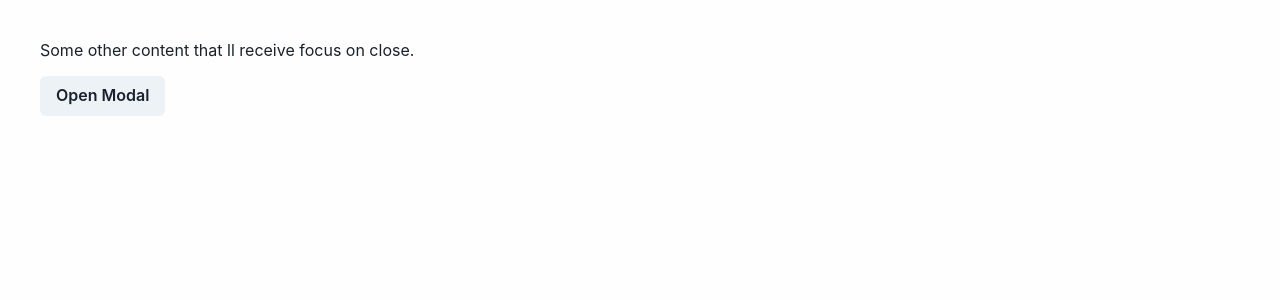
Repository: jorgelucasjs/chakra-ui-doc
Page: /
An editor plug-in stored every save of this project. The page is shown before and after the next save, followed by the edit.
The browser window is 1280 px wide. The pictures show the whole page.
The project was rebuilt for these pictures with package versions that can differ from the ones it lists, and the page was loaded fresh each time.

Above is the page before, as saved 2023-01-05 13:13:58.

### public/index.html
<!DOCTYPE html>
<html lang="en">
  <head>
    <meta charset="utf-8" />
   <!--  <link rel="icon" href="%PUBLIC_URL%/logo.jpg" /> -->
    <meta name="viewport" content="width=device-width, initial-scale=1" />
    <meta name="theme-color" content="#000000" />
    <meta
      name="description"
      content="Web site created using create-react-app"
    />
    <!-- <link rel="apple-touch-icon" href="%PUBLIC_URL%/logo.jpg" /> -->
    <!--
      manifest.json provides metadata used when your web app is installed on a
      user's mobile device or desktop. See https://developers.google.com/web/fundamentals/web-app-manifest/
    -->
    <link rel="manifest" href="%PUBLIC_URL%/manifest.json" />
    <!--
      Notice the use of %PUBLIC_URL% in the tags above.
      It will be replaced with the URL of the `public` folder during the build.
      Only files inside the `public` folder can be referenced from the HTML.

      Unlike "/favicon.ico" or "favicon.ico", "%PUBLIC_URL%/favicon.ico" will
      work correctly both with client-side routing and a non-root public URL.
      Learn how to configure a non-root public URL by running `npm run build`.
    -->
    <title>Chackra ui</title>
  </head>
  <body>
    <noscript>You need to enable JavaScript to run this app.</noscript>
    <div id="root"></div>
    <!--
      This HTML file is a template.
      If you open it directly in the browser, you will see an empty page.

      You can add webfonts, meta tags, or analytics to this file.
      The build step will place the bundled scripts into the <body> tag.

      To begin the development, run `npm start` or `yarn start`.
      To create a production bundle, use `npm run build` or `yarn build`.
    -->
  </body>
</html>

### src/index.tsx
import React from 'react';
import ReactDOM from 'react-dom/client';
import App from './App';
import reportWebVitals from './reportWebVitals';

const root = ReactDOM.createRoot(
  document.getElementById('root') as HTMLElement
);


root.render(

	<React.StrictMode>
		<App />
	</React.StrictMode>

);

reportWebVitals();

### src/App.tsx
import * as React from 'react';
import PagesRouter from './routes';
import { extendTheme, ChakraProvider, ColorModeScript } from '@chakra-ui/react';
import theme from './theme/theme';

export default function App(): JSX.Element {

	return (
		<ChakraProvider theme={theme}>
			<ColorModeScript initialColorMode={theme.config.initialColorMode} />
			<PagesRouter />
		</ChakraProvider>
	);
}

### src/routes/index.tsx
import React from 'react';
import { BrowserRouter, Route, Routes } from 'react-router-dom';
import Home from '../pages';
import GlobalStyle from './../style/Global';
export default function PagesRouter(): JSX.Element {
	return (

		<BrowserRouter>
			<GlobalStyle />

			<Routes>

				<Route
					path='/'
					element={<Home />}
				/>
			</Routes>
		</BrowserRouter>

	);
}

### src/theme/theme.ts
import { extendTheme, ThemeConfig } from '@chakra-ui/react';

const config: ThemeConfig = {
	initialColorMode: 'light',
	useSystemColorMode: false,
};

const colors = {
	brand: {
		900: '#1a365d',
		800: '#153e75',
		700: '#2a69ac',
	},
};

const theme = extendTheme({ config, colors });

export default theme;

### src/pages/index.tsx
import React from 'react';
import { Box, Container, Text, Flex, Grid, Button, SimpleGrid } from '@chakra-ui/react';
import Gradient from '../components/Gradient';
import ColorMode from '../components/ColorMode';
import ModalComponent from '../components/ModalComponent';


export default function index(): JSX.Element {

	return (
		<Box p={10} bg=''>
			{/* <Gradient /> */}
			{/* <ColorMode /> */}
			<ModalComponent />
		</Box>
	);
}

### src/style/Global.ts
import { createGlobalStyle } from 'styled-components';

export default createGlobalStyle`
  * {
	  margin: 0;
	  padding: 0;
	  box-sizing: border-box;
	}

  body {
	  width: 100vw;
	  background:#fefefe;
  }

  body,
  input,
  textarea,
  button {
	font: 400 1rem Inter, sans-serif;
  }

  h1 {
	font-size: 2.5rem;
	font: 700;
	font-family: 'Work Sans', sans-serif;
  }

  h2 {
	font-size: 1.5rem;
  }

  button {
	cursor: pointer;
  }

  h1,
  h2,
  h3,
  h4,
  h5,
  h6 {
	font-weight: 600;
	font-family: Lexend, sans-serif;
  }

  input {
	outline: none;
  }
  a{
	text-decoration:none;
	color:#fff;
  }
  .modalContent,
  .secondModal {
	>img {
	  width: 15rem;
	  margin: 15px auto;
	  display: flex;
	  justify-content: center;
	  align-self: center;
	}
	> form {
	  margin: 20px 0;
	  width: 100%;
	  text-align: center;

	> label {
	  display: flex;
	  align-items: flex-start;
	  margin: 15px 0;
	  color: #1c1c1c;
	}

	>button {
	  margin-top: 25px;
	}
  }
}


.secondModal {
  >h1 {
	text-align: center;
	margin: 4rem 0 0 0;
  }

  >span {
	display: block;
	text-align: center;
	color: #1c1c1c;
	font-size: 15px;
	margin: 20px 0;
  }
}



`;

### src/components/ModalComponent.tsx
import React from 'react';
import {
	Modal,
	ModalOverlay,
	ModalContent,
	ModalHeader,
	ModalFooter,
	ModalBody,
	ModalCloseButton,
	useDisclosure,
	Button,
	Text,
	Box
} from '@chakra-ui/react';

export default function ModalComponent(): JSX.Element {
	const { isOpen, onOpen, onClose } = useDisclosure();
	const finalRef = React.useRef(null);

	return (


		<>
			<Box ref={finalRef} tabIndex={-1} aria-label='Focus moved to this box'>
				Some other content that ll receive focus on close.
			</Box>

			<Button mt={4} onClick={onOpen}>
				Open Modal
			</Button>
			<Modal finalFocusRef={finalRef} isOpen={isOpen} onClose={onClose}>
				<ModalOverlay />
				<ModalContent>
					<ModalHeader>Modal Title</ModalHeader>
					<ModalCloseButton />
					<ModalBody>
						<Text mb={3}>
							Sit nulla est ex deserunt exercitation anim occaecat. Nostrud
							ullamco deserunt aute id consequat veniam incididunt duis in sint
							irure nisi. Mollit officia cillum Lorem ullamco minim nostrud elit
							officia tempor esse quis.Sunt ad dolore quis aute consequat. Magna
							exercitation reprehenderit magna aute tempor cupidatat consequat
							elit dolor adipisicing. Mollit dolor eiusmod sunt ex incididunt
							cillum quis. Velit duis sit officia eiusmod Lorem aliqua enim laboris
							do dolor eiusmod. Et mollit incididunt nisi consectetur esse laborum
							eiusmod pariatur proident Lorem eiusmod et. Culpa deserunt nostrud ad
							veniam.
						</Text>

						<Text>
							Sit nulla est ex deserunt exercitation anim occaecat. Nostrud
							ullamco deserunt aute id consequat veniam incididunt duis in sint
							irure nisi. Mollit officia cillum Lorem ullamco minim nostrud elit
							officia tempor esse quis.Sunt ad dolore quis aute consequat. Magna
							exercitation reprehenderit magna aute tempor cupidatat consequat
							elit dolor adipisicing. Mollit dolor eiusmod sunt ex incididunt
							cillum quis. Velit duis sit officia eiusmod Lorem aliqua enim laboris
							do dolor eiusmod. Et mollit incididunt nisi consectetur esse laborum
							eiusmod pariatur proident Lorem eiusmod et. Culpa deserunt nostrud ad
							veniam.
						</Text>
					</ModalBody>

					<ModalFooter>
						<Button colorScheme='blue' mr={3} onClick={onClose}>
							Close
						</Button>
						<Button variant='ghost'>Secondary Action</Button>
					</ModalFooter>
				</ModalContent>
			</Modal>
		</>
	);
}

{/* <>
			<Button onClick={onOpen}>Open Modal</Button>
			<Modal isOpen={isOpen} onClose={onClose}>
				<ModalOverlay />
				<ModalContent>
					<ModalHeader>Modal Title</ModalHeader>
					<ModalCloseButton />
					<ModalBody>
						<Text mb={3}>
							Sit nulla est ex deserunt exercitation anim occaecat. Nostrud
							ullamco deserunt aute id consequat veniam incididunt duis in sint
							irure nisi. Mollit officia cillum Lorem ullamco minim nostrud elit
							officia tempor esse quis.Sunt ad dolore quis aute consequat. Magna
							exercitation reprehenderit magna aute tempor cupidatat consequat
							elit dolor adipisicing. Mollit dolor eiusmod sunt ex incididunt
							cillum quis. Velit duis sit officia eiusmod Lorem aliqua enim laboris
							do dolor eiusmod. Et mollit incididunt nisi consectetur esse laborum
							eiusmod pariatur proident Lorem eiusmod et. Culpa deserunt nostrud ad
							veniam.
						</Text>

						<Text>
							Sit nulla est ex deserunt exercitation anim occaecat. Nostrud
							ullamco deserunt aute id consequat veniam incididunt duis in sint
							irure nisi. Mollit officia cillum Lorem ullamco minim nostrud elit
							officia tempor esse quis.Sunt ad dolore quis aute consequat. Magna
							exercitation reprehenderit magna aute tempor cupidatat consequat
							elit dolor adipisicing. Mollit dolor eiusmod sunt ex incididunt
							cillum quis. Velit duis sit officia eiusmod Lorem aliqua enim laboris
							do dolor eiusmod. Et mollit incididunt nisi consectetur esse laborum
							eiusmod pariatur proident Lorem eiusmod et. Culpa deserunt nostrud ad
							veniam.
						</Text>
					</ModalBody>

					<ModalFooter>
						<Button colorScheme='blue' mr={3} onClick={onClose}>
							Close
						</Button>
						<Button variant='ghost'>Secondary Action</Button>
					</ModalFooter>
				</ModalContent>
			</Modal>
		</> */}

Loaded but not shown: src/reportWebVitals.ts (common file)

After the next save:
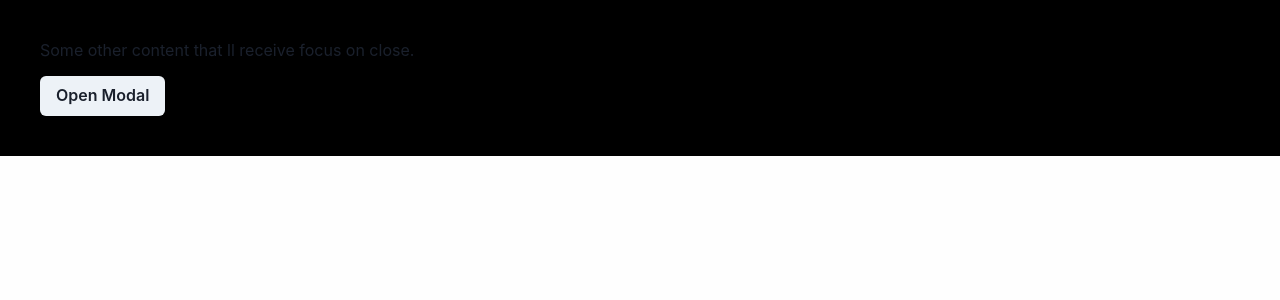
Saved 4 s later.
--- a/src/pages/index.tsx
+++ b/src/pages/index.tsx
@@ -8,7 +8,7 @@
 export default function index(): JSX.Element {
 
 	return (
-		<Box p={10} bg=''>
+		<Box p={10} bg='#000'>
 			{/* <Gradient /> */}
 			{/* <ColorMode /> */}
 			<ModalComponent />
